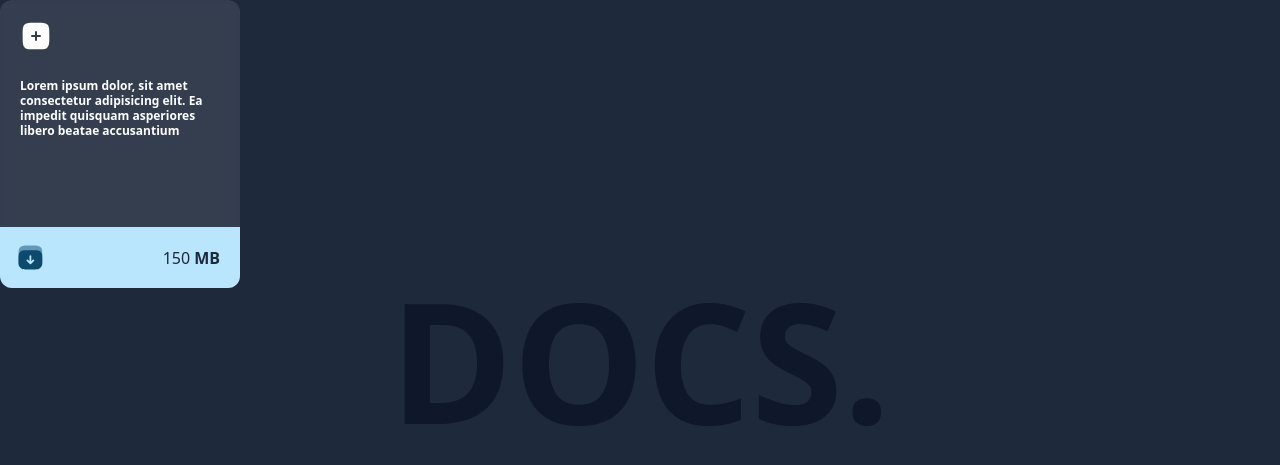
Repository: aliakbarmotallebi/framer-react
Page: /
An editor plug-in stored every save of this project. The page is shown before and after a run of saves, followed by the edit.
The browser window is 1280 px wide. The pictures show the whole page.
The project was rebuilt for these pictures with package versions that can differ from the ones it lists, and the page was loaded fresh each time.

Above is the page before, as saved 2024-08-14 22:42:33.

### src/App.js
import React from "react";
import Background from "./components/Background";
import Card from "./components/Card";

function App() {
  return (
    <div className="relative h-screen w-full bg-slate-800">
      <Background />
      <div className="fixed left-0 top-0 z-[3] h-full w-full">
        <Card />
      </div>
    </div>
  );
}

export default App;

### src/components/Background.jsx
import React from "react";

function Background() {
    return <h1 className="absolute left-1/2 top-1/2 -translate-x-[50%] -translate-y-[50%] text-[13vw] font-semibold text-slate-900">
    DOCS.
  </h1>
}

export default Background;

### src/components/Card.jsx
import React, { Component } from 'react';
import { motion } from "framer-motion";

class Card extends Component {
    render() {
        return (
            <motion.div drag className="w-60 h-72 rounded-xl bg-white/10 backdrop-blur-sm p-5 text-white relative overflow-hidden">
                <button>
                <svg xmlns="http://www.w3.org/2000/svg" className="w-8 h-8" viewBox="0 0 24 24"><path fill="currentColor" fill-rule="evenodd" d="M12 22c-4.714 0-7.071 0-8.536-1.465C2 19.072 2 16.714 2 12s0-7.071 1.464-8.536C4.93 2 7.286 2 12 2s7.071 0 8.535 1.464C22 4.93 22 7.286 22 12s0 7.071-1.465 8.535C19.072 22 16.714 22 12 22m0-13.75a.75.75 0 0 1 .75.75v2.25H15a.75.75 0 0 1 0 1.5h-2.25V15a.75.75 0 0 1-1.5 0v-2.25H9a.75.75 0 0 1 0-1.5h2.25V9a.75.75 0 0 1 .75-.75" clip-rule="evenodd"/></svg>
                </button>
                <p className="text-xs leading-tight mt-5 font-semibold">
                    Lorem ipsum dolor, sit amet consectetur adipisicing elit. Ea impedit quisquam asperiores libero beatae accusantium
                </p>
                <div className="footer absolute bottom-0 bg-sky-200 w-full py-2 left-0">
                    <button className="text-sky-900 p-2 font-medium w-full">
                        <div className="flex justify-between items-center w-full px-2">
                        <svg xmlns="http://www.w3.org/2000/svg" width="1.8em" height="1.8em" viewBox="0 0 24 24"><path fill="currentColor" d="M12 2c4.713 0 7.07 0 8.535 1.464c.757.758 1.123 1.754 1.3 3.192V10H2.164V6.656c.176-1.438.541-2.434 1.299-3.192C4.928 2 7.285 2 11.999 2" opacity="0.5"/><path fill="currentColor" fill-rule="evenodd" d="M2 14c0-2.8 0-4.2.545-5.27A5 5 0 0 1 4.73 6.545C5.8 6 7.2 6 10 6h4c2.8 0 4.2 0 5.27.545a5 5 0 0 1 2.185 2.185C22 9.8 22 11.2 22 14s0 4.2-.545 5.27a5 5 0 0 1-2.185 2.185C18.2 22 16.8 22 14 22h-4c-2.8 0-4.2 0-5.27-.545a5 5 0 0 1-2.185-2.185C2 18.2 2 16.8 2 14m10.75-3a.75.75 0 0 0-1.5 0v4.19l-1.22-1.22a.75.75 0 1 0-1.06 1.06l2.5 2.5a.75.75 0 0 0 1.06 0l2.5-2.5a.75.75 0 1 0-1.06-1.06l-1.22 1.22z" clip-rule="evenodd"/></svg>
                            <h5 className="text-slate-800 ml-auto">
                                150
                                <span className="font-bold px-1">
                                    MB
                                </span>
                            </h5>
                        </div>
                    </button>
                </div>
            </motion.div>
        );
    }
}

export default Card;

Loaded but not shown: public/index.html (common file); src/index.js (common file); src/index.css (common file); tailwind.config.js (common file)

After the next 2 saves:
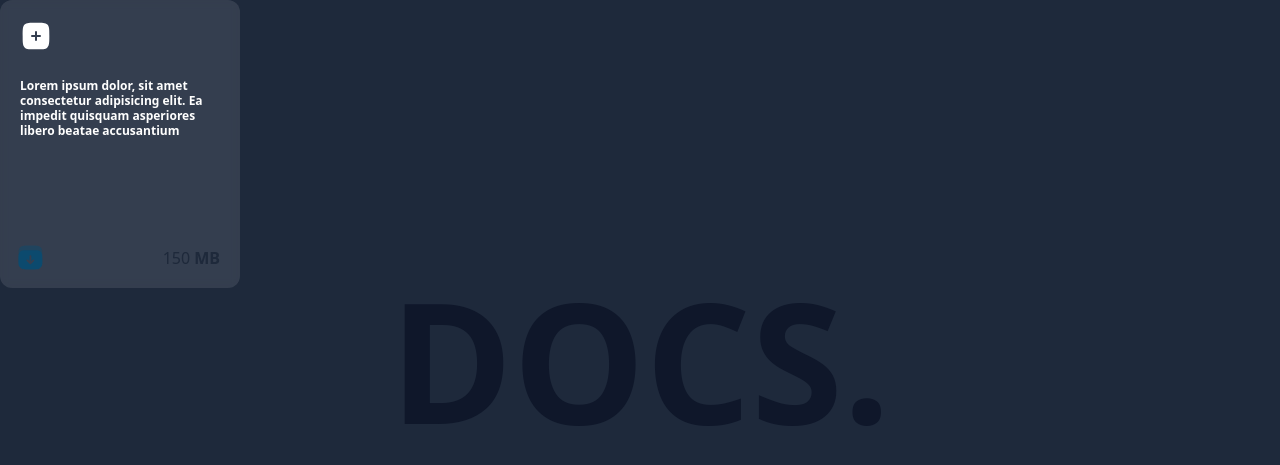
The 2 saves are shown as one change because they came seconds apart.
The last was saved 4 min 43 s later.
--- a/src/components/Card.jsx
+++ b/src/components/Card.jsx
@@ -11,7 +11,7 @@ class Card extends Component {
                 <p className="text-xs leading-tight mt-5 font-semibold">
                     Lorem ipsum dolor, sit amet consectetur adipisicing elit. Ea impedit quisquam asperiores libero beatae accusantium
                 </p>
-                <div className="footer absolute bottom-0 bg-sky-200 w-full py-2 left-0">
+                <div className="footer absolute bottom-0 w-full py-2 left-0">
                     <button className="text-sky-900 p-2 font-medium w-full">
                         <div className="flex justify-between items-center w-full px-2">
                         <svg xmlns="http://www.w3.org/2000/svg" width="1.8em" height="1.8em" viewBox="0 0 24 24"><path fill="currentColor" d="M12 2c4.713 0 7.07 0 8.535 1.464c.757.758 1.123 1.754 1.3 3.192V10H2.164V6.656c.176-1.438.541-2.434 1.299-3.192C4.928 2 7.285 2 11.999 2" opacity="0.5"/><path fill="currentColor" fill-rule="evenodd" d="M2 14c0-2.8 0-4.2.545-5.27A5 5 0 0 1 4.73 6.545C5.8 6 7.2 6 10 6h4c2.8 0 4.2 0 5.27.545a5 5 0 0 1 2.185 2.185C22 9.8 22 11.2 22 14s0 4.2-.545 5.27a5 5 0 0 1-2.185 2.185C18.2 22 16.8 22 14 22h-4c-2.8 0-4.2 0-5.27-.545a5 5 0 0 1-2.185-2.185C2 18.2 2 16.8 2 14m10.75-3a.75.75 0 0 0-1.5 0v4.19l-1.22-1.22a.75.75 0 1 0-1.06 1.06l2.5 2.5a.75.75 0 0 0 1.06 0l2.5-2.5a.75.75 0 1 0-1.06-1.06l-1.22 1.22z" clip-rule="evenodd"/></svg>
